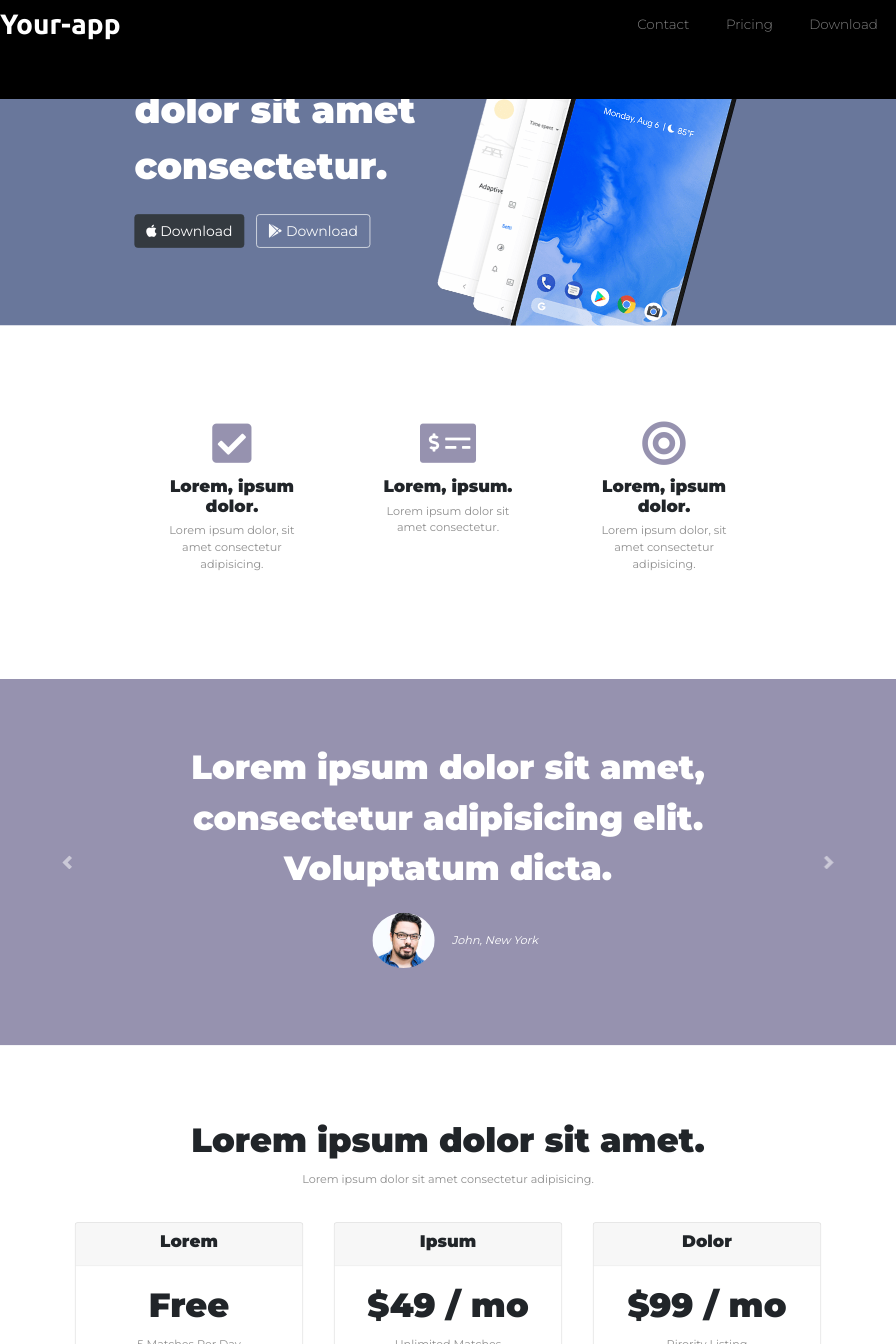
Repository: Isanderr/Simple_landing_page_2-Bootstrap4
Page: index.html
These files come from the project's save history. The page is drawn as it stood at one moment and after the next save; the edit follows.
The browser window is 1280 px wide. The pictures show the part of the page from y = 0 to 1920 px (the page is 3039 px tall), at 70% of full size.
Some web libraries are served in a nearby version.

Above is the page before, as saved 2019-02-03 19:37:17.

After the next save:
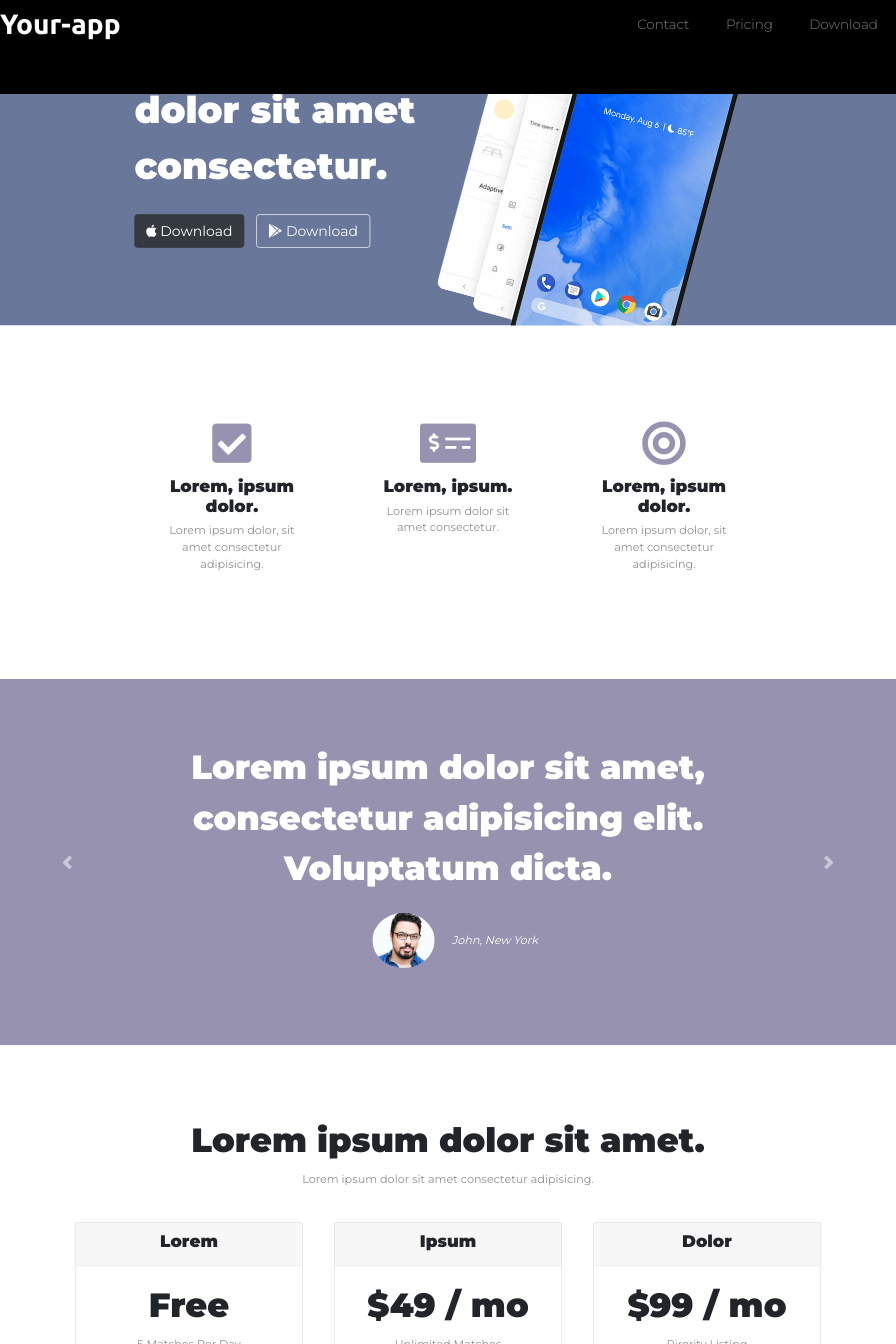
Saved 50 s later.
--- a/css/styles.css
+++ b/css/styles.css
@@ -55,7 +55,7 @@
 /* Nav */
 
 .navbar {
-    padding: 0 0 4.5rem;
+    padding: 0 0 4rem;
     background-color: black;
 }
 
